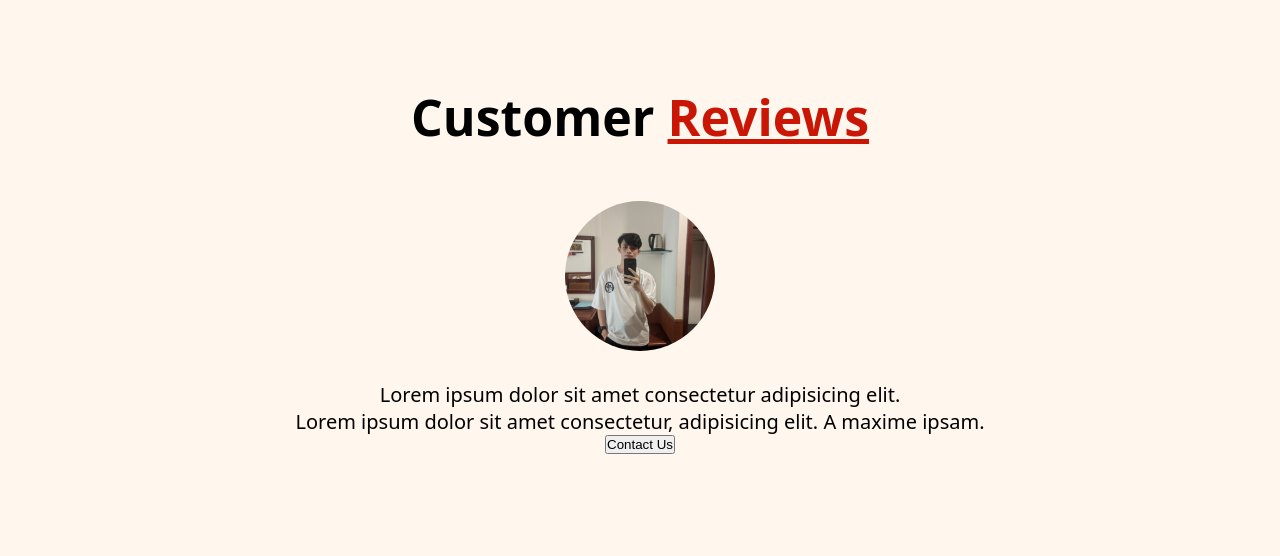
Repository: duc-thanh-2303/food
Page: index.html
The author's editor kept a copy of each file at every save. The page is drawn from the files as they stood at one save, then again after the next save.
The browser window is 1280 px wide. The pictures show the part of the page from y = 2121 to 2677 px (the page is 2677 px tall).
A picture or video elsewhere on the page could not be fetched, so the positions and the page height are approximate.

Above is the page before, as saved 2022-11-29 16:10:17.

### index.html
<!DOCTYPE html>
<html lang="en">
<head>
    <meta charset="UTF-8">
    <meta http-equiv="X-UA-Compatible" content="IE=edge">
    <meta name="viewport" content="width=device-width, initial-scale=1.0">
    <title>Food</title>

    <link rel="stylesheet" href="./css/main.css">
    <link rel="stylesheet" href="./css/header.css">
    <link rel="stylesheet" href="./css/wrap.css">
    <link rel="stylesheet" href="./css/footer.css">
</head>
<body>

    <!-- header -->
    <header id="header">
        <img src="./img/burger.png" alt="" class="header__img">
        <div class="header__menu">
            <p>ORDER MENU</p>
            <p>CONTACT US</p>
        </div>
    </header>

    <!-- content -->
    <div id="wrap-content">

        <div class="title">
            <div class="title__name">
                <p class="title__name-first">TRY OUR NEW</p>
                <p class="title__name-second">YUMMY! BEEF BURGER</p>
                <span>hungry? let's meat up</span>
                <button class="title__name-btn">ORDER HERE!</button>
            </div>
            <img src="./img/main.png" alt="" class="title__img">
        </div>

        <div class="menu">
            <h1>OUR <span class="menu__title">MENU</span></h1>
            <div class="menu__section">
                <div class="menu__section__box">
                    <img src="./img/qc__1.png" alt="" class="menu__section__box__img">
                    <h3>CHEEZ BURGER</h3>
                    <p>Lorem ipsum dolor sit, amet consectetur adipisicing elit. Placeat ipsam debitis voluptate enim.</p>
                </div>

                <div class="menu__section__box">
                    <img src="./img/qc__2.png" alt="" class="menu__section__box__img">
                    <h3>CHEEZ BURGER</h3>
                    <p>Lorem ipsum dolor sit, amet consectetur adipisicing elit. Placeat ipsam debitis voluptate enim.</p>
                </div>

                <div class="menu__section__box">
                    <img src="./img/qc__1.png" alt="" class="menu__section__box__img">
                    <h3>CHEEZ BURGER</h3>
                    <p>Lorem ipsum dolor sit, amet consectetur adipisicing elit. Placeat ipsam debitis voluptate enim.</p>
                </div>

                <div class="menu__section__box">
                    <img src="./img/qc__2.png" alt="" class="menu__section__box__img">
                    <h3>CHEEZ BURGER</h3>
                    <p>Lorem ipsum dolor sit, amet consectetur adipisicing elit. Placeat ipsam debitis voluptate enim.</p>
                </div>
            </div>
        </div>

        <div class="combo">
            <h1 class="combo__title">SPECIAL CAMBO PACK</h1>
            <p class="combo__infor">Dady Burger, Fries & Soft Drink</p>
            <img src="./img/combo.png" alt="" class="combo__img">
        </div>

        <div class="customer">
            <h1 class="customer__name">Customer <span>Reviews</span></h1>
            <img src="./img/z3869192479946_b16734736fdfa61bce0daaa9820a2c93.jpg" class="customer__img" alt="">
            <div class="customer__infor">
                <p>Lorem ipsum dolor sit amet consectetur adipisicing elit.</p>
                <p>Lorem ipsum dolor sit amet consectetur, adipisicing elit. A maxime ipsam.</p>
            </div>
            <button class="customer__btn">Contact Us</button>
        </div>
    </div>

    <!-- footer -->
    <footer id="footer">

    </footer>

    <script type="module" src="https://unpkg.com/ionicons@5.5.2/dist/ionicons/ionicons.esm.js"></script>
    <script nomodule src="https://unpkg.com/ionicons@5.5.2/dist/ionicons/ionicons.js"></script>
</body>
</html>

### css/main.css
@import url('https://fonts.googleapis.com/css2?family=Roboto:wght@100;300;500;700&display=swap');

* {
    margin: 0;
    padding: 0;
    box-sizing: border-box;
}

html {
    scroll-behavior: smooth;
}

:root {
    --white: #FFF6ED;
    --yellow: #FF8803;
    --orance: #F76E00;
    --red: #C91605;
    --bg: #E9DBC7;
}

body {
    background-color: var(--white);
    font-family: system-ui, -apple-system, BlinkMacSystemFont, 'Segoe UI', Roboto, Oxygen, Ubuntu, Cantarell, 'Open Sans', 'Helvetica Neue', sans-serif;
}

### css/header.css
:root {
    --white: #FFF6ED;
    --yellow: #FF8803;
    --orance: #F76E00;
    --red: #C91605;
    --bg: #E9DBC7;
}

#header {
    display: flex;
    flex-direction: row;
    justify-content: space-between;
    margin-left: 50px;
    margin-right: 50px;
    margin-top: 10px;
}

.header__img {
    width: 75px;
    height: 75px;
    object-fit: cover;
    object-position: center;
}

.header__menu {
    display: flex;
    flex-direction: row;
    justify-content: center;
    align-items: center;
}

.header__menu p {
    margin-left: 5px;
    margin-right: 5px;
    font-weight: bold;
    font-size: 20px;
    cursor: pointer;
    transition: all 0.15s;
}

.header__menu p:hover{
    color: var(--red);
    text-decoration: underline;
}

### css/wrap.css
:root {
    --white: #FFF6ED;
    --yellow: #FF8803;
    --orance: #F76E00;
    --red: #C91605;
    --bg: #E9DBC7;
}

#wrap-content {
    margin-left: 50px;
    margin-right: 50px;
}

.title {
    display: flex;
    flex-direction: row;
    justify-content: center;
    align-items: center;
    height: 80vh;
}

.title__img {
    width: 650px;
    height: 650px;
    object-fit: cover;
    object-position: center;
}

.title__name {
    display: flex;
    flex-direction: column;
    text-align: left;
    line-height: 1.2;
}

.title__name-first,
.title__name-second {
    font-size: 50px;
    font-weight: bold;
}

.title__name-second {
    color: var(--red);
}

.title__name > span {
    font-size: 15px;
}

.title__name-btn {
    margin-top: 10px;
    background-color: var(--orance);
    color: black;
    border: none;
    width: 200px;
    height: 40px;
    font-weight: bold;
    font-size: 25px;
    cursor: pointer;
    transition: all 0.3s;
}

.title__name-btn:hover {
    border-radius: 10px;
    background-color: var(--white);
    border: solid 2px var(--orance);
    color: var(--orance);
}

.menu {
    height: 100vh;
    display: flex;
    flex-direction: column;
    justify-content: center;
    align-items: center;
}

h1 {
    font-size: 50px;
}

.menu__title {
    color: var(--red);
    font-size: 50px;
    margin: 0 0 0 0;
}

.menu__section {
    display: flex;
    flex-direction: row;
}

.menu__section__box {
    display: flex;
    flex-direction: column;
    justify-content: center;
    align-items: center;
    width: 250px;
    height: auto;
    background-color: var(--bg);
    padding: 10px 20px 10px 20px;
    border-radius: 10px;
    margin: 90px 20px 0 20px ;
}

.menu__section__box__img {
    width: 180px;
    object-fit: cover;
    object-position: center;
}

h3 {
    color: var(--red);
    font-size: 20px;
}

.combo {
    display: flex;
    flex-direction: column;
    justify-content: center;
    align-items: center;
    height: 100vh;
}

.combo__title,
.combo__infor {
    color: var(--red);
}

.combo__img {
    width: 600px;
    object-fit: cover;
    object-position: center;
    margin: 50px 0 0 0;
}

.customer {
    display: flex;
    flex-direction: column;
    justify-content: center;
    align-items: center;
    height: 80vh;
}

.customer__name > span {
    color: var(--red);
    text-decoration: underline;
    margin: 0 0 0 0;
}

.customer__img {
    width: 150px;
    height: 150px;
    object-fit: cover;
    object-position: center;
    border-radius: 100rem;
    margin: 50px 0 0 0;
}

.customer__infor {
    margin: 30px 0 0 0;
    text-align: center;
    font-size: 20px;
}

Loaded but not shown: css/footer.css (no stored copy; drawn as an empty file)

After the next save:
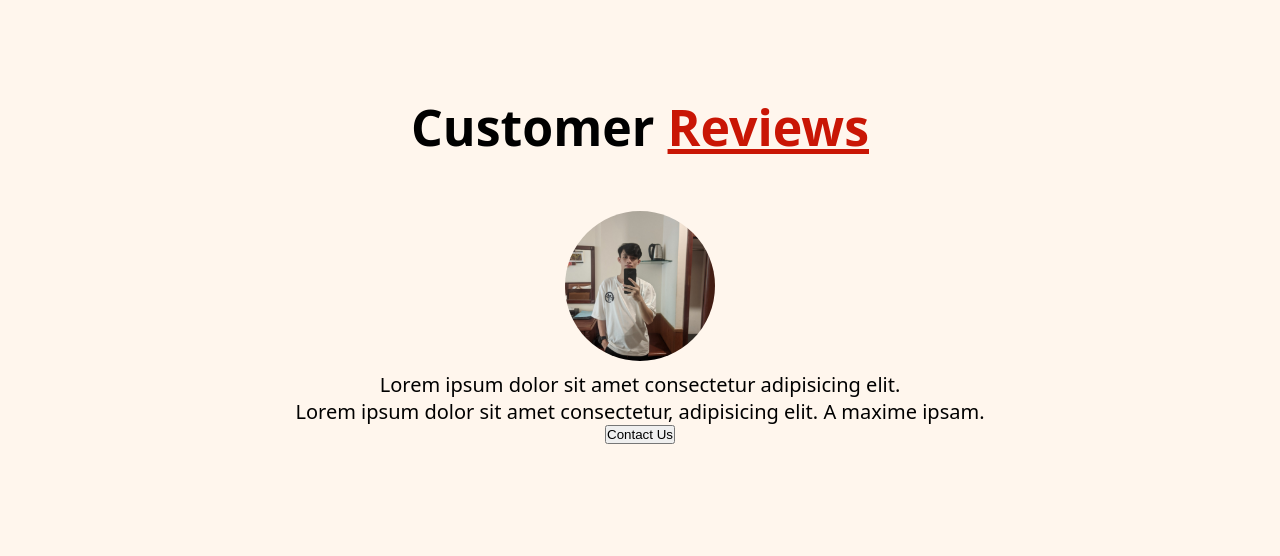
Saved 6 s later.
--- a/css/wrap.css
+++ b/css/wrap.css
@@ -158,7 +158,7 @@
 }
 
 .customer__infor {
-    margin: 30px 0 0 0;
+    margin: 10px 0 0 0;
     text-align: center;
     font-size: 20px;
 }
